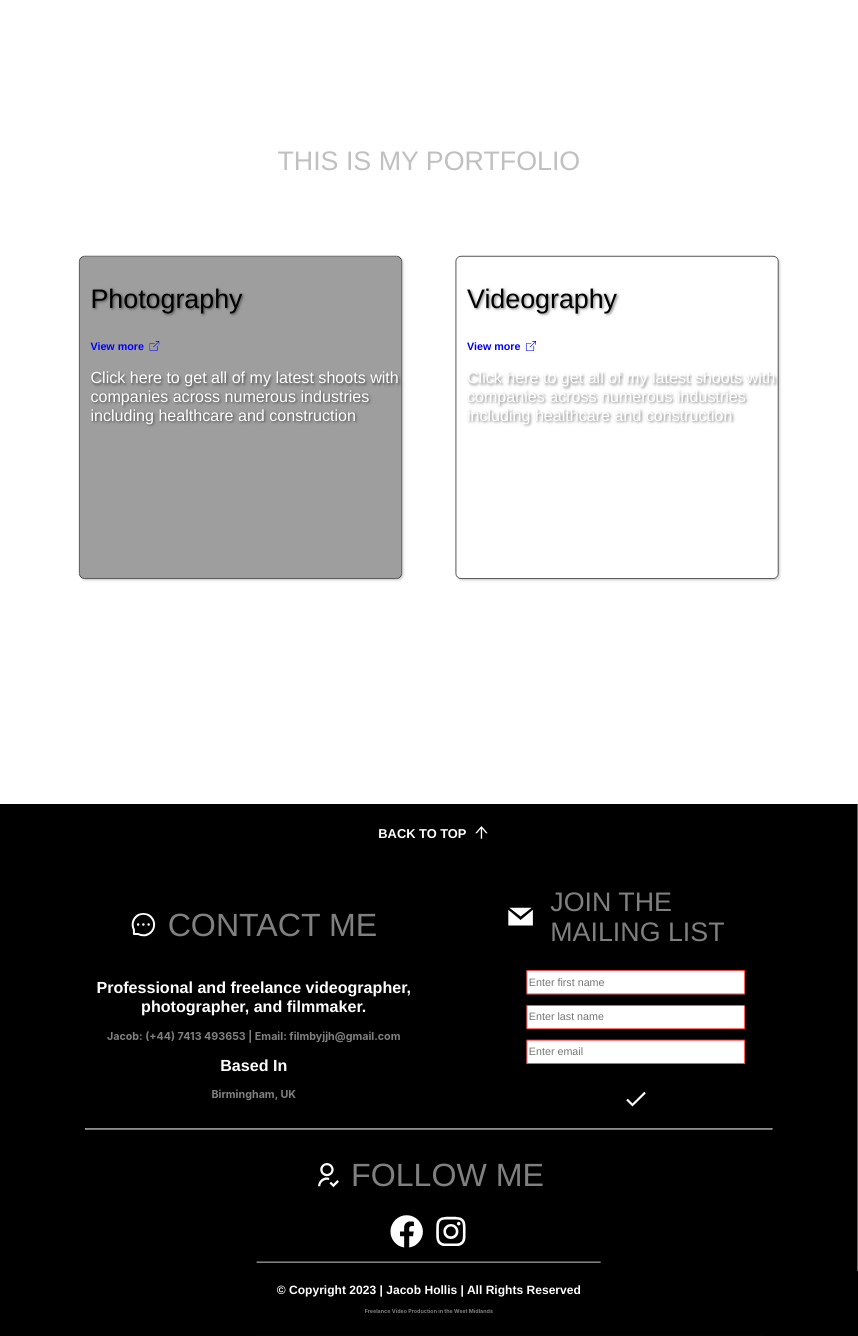
Repository: ThomasMTurner/filmbyjjh-portfolio
Page: /portfolio (app in client/)
The author's editor kept a copy of each file at every save. The page is drawn from the files as they stood at one save, then again after a run of saves.
The browser window is 1280 px wide. The pictures show the whole page, at 67% of full size.
Pictures or frames that could not be fetched are drawn as grey boxes. The project was rebuilt for these pictures with package versions that can differ from the ones it lists, and the page was loaded fresh each time. Also part of the build but not shown: client/vite.config.js, client/src/pages/Components/TagComponents.jsx, client/src/pages/Components/Post.jsx, client/src/pages/Components/SearchBar.jsx, client/src/pages/Updates.jsx, client/src/pages/Contact.jsx, client/src/pages/Components/InitialLogin.jsx, client/src/pages/Home.jsx and 2 more. Imported but missing from the stored project, and not drawn on this page: client/src/pages/Components/Videos/header.mp4, client/src/pages/Components/Videos/portfolio-reel.mp4.

Above is the page before, as saved 2023-10-20 13:04:48.

After the next 3 saves:
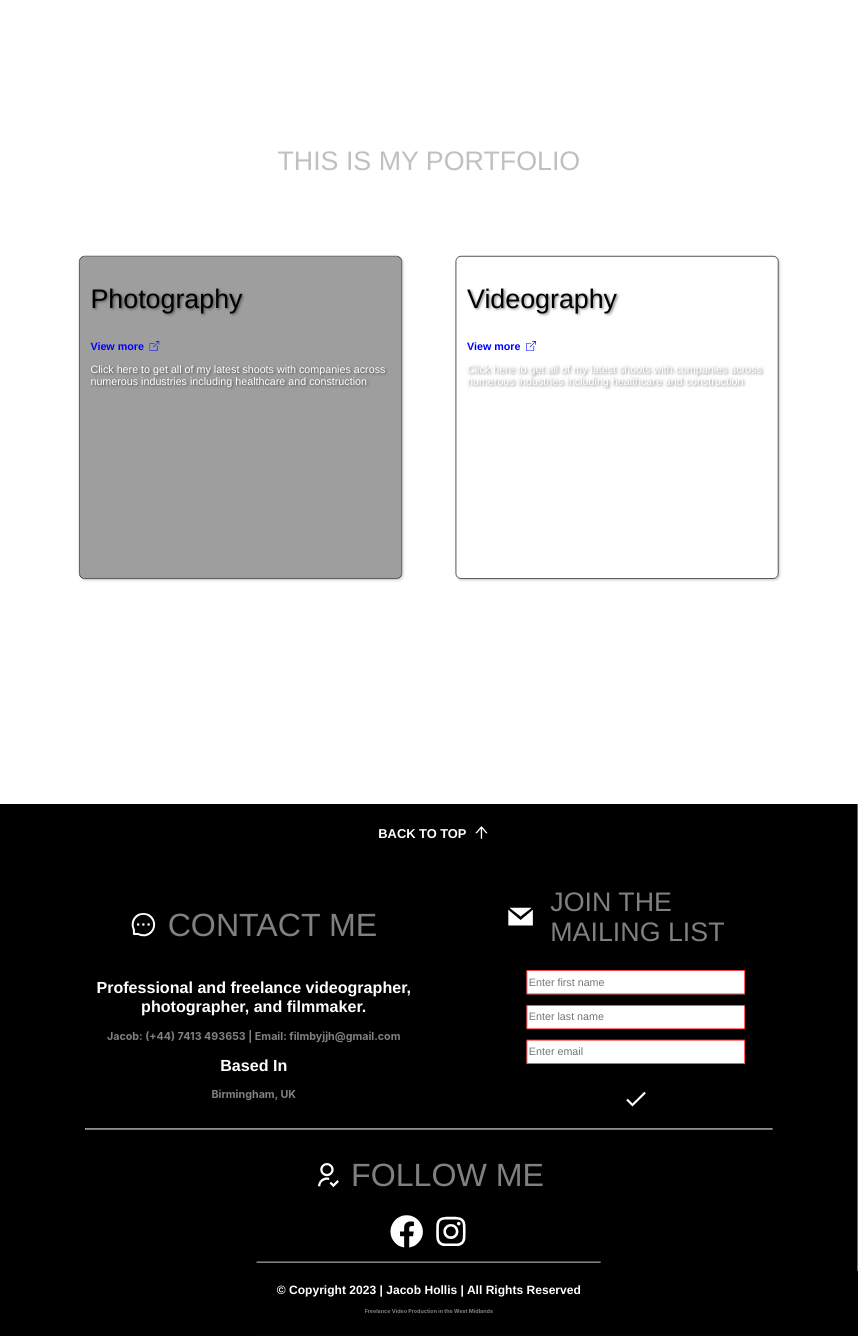
The 3 saves are shown as one change because they came seconds apart.
The last was saved 11 s later.
--- a/client/src/pages/Portfolio.jsx
+++ b/client/src/pages/Portfolio.jsx
@@ -8,7 +8,7 @@ const PortfolioCard = (props) => {
         <div className={`portfolio-card portfolio-card-${props.title.toLowerCase()}`}>
             <p style={{fontFamily:'helvetica', fontWeight:'200', fontSize:'2.5rem', color:'black'}}>{props.title}</p>
             <button className='portfolio-card-button' type="button" onClick={() => navigate(`/portfolio/${props.title.toLowerCase().slice(0, 5)}`)}>View more <BsBoxArrowUpRight color={'blue'} size={15} /></button>
-            <p style={{fontFamily:'helvetica', fontWeight:'200', fontSize:'1.5rem'}}>{props.desc}</p>
+            <p style={{fontFamily:'helvetica', fontWeight:'200', fontSize:'1rem'}}>{props.desc}</p>
         </div>
     )
 }
